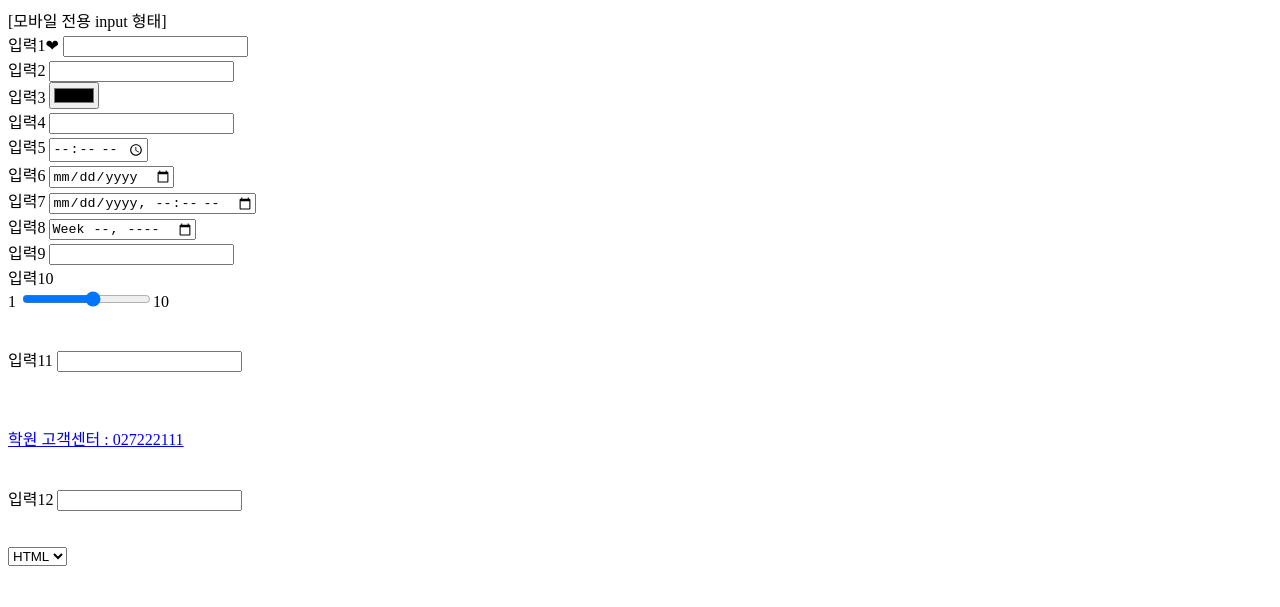
Repository: mnemion/BackendClass
Page: web/src/main/webapp/m/index.html
An editor plug-in stored every save of this project. The page is shown before and after the next save, followed by the edit.
The browser window is 1280 px wide. The pictures show the whole page.

Above is the page before, as saved 2023-08-31 06:29:50.

### web/src/main/webapp/m/index.html
<!DOCTYPE html>
<html lang="ko">
<head>
<meta charset="UTF-8">
<meta name="viewport" content="width=device-width, initial-scale=1.0">
<title>모바일 전용 웹페이지</title>
</head>
<body>
[모바일 전용 input 형태]<br>
입력1❤ <input type="text"><br>		<!-- 일반 입력 (P, M) -->
입력2 <input type="number"><br>	<!-- 숫자만 입력 (M) -->
입력3 <input type="color"><br>	<!-- 색상선택 (P, M) -->
입력4 <input type="tel"><br>		<!-- 전화번호 (M) -->
입력5 <input type="time"><br>		<!-- 시간선택 (P, M) -->
입력6 <input type="date"><br>		<!-- 날짜선택 (P, M) -->
입력7 <input type="datetime-local"><br>	<!-- 날짜, 시간 동시에 입력 (P, M) -->
입력8 <input type="week"><br>		<!-- 몇 주차 (P, M) [ios에서 작동불능] -->
입력9 <input type="email"><br>	<!-- 이메일 (P, M) -->
입력10 <br>		<!-- 수량, 크기 범위 선택 (P, M) -->
<form oninput="sound2.value=parseInt(sound.value)">
1 <input type="range" id="sound" min="1" max="10">10<br>
<output for="sound" name="sound2"></output>
<br><br>
</form>
입력11 <input type="url"><br>		<!-- 도메인, 블로그 등 웹 경로 (M) -->
<br><br><br>
<a href="tel:027222111">학원 고객센터 : 027222111</a><br>
<br><br>
입력12 <input type="text" name="product" list="subject"><br>
<datalist id="subject">
	<option value="HTML">HTML</option>
	<option value="JSP">JSP</option>
	<option value="JS">JS</option>
	<option value="JAVA">JAVA</option>
</datalist>
<br><br>
<select>
	<option value="HTML">HTML</option>
	<option value="JSP">JSP</option>
	<option value="JS">JS</option>
	<option value="JAVA">JAVA</option>
</select>
</body>
</html>

After the next save:
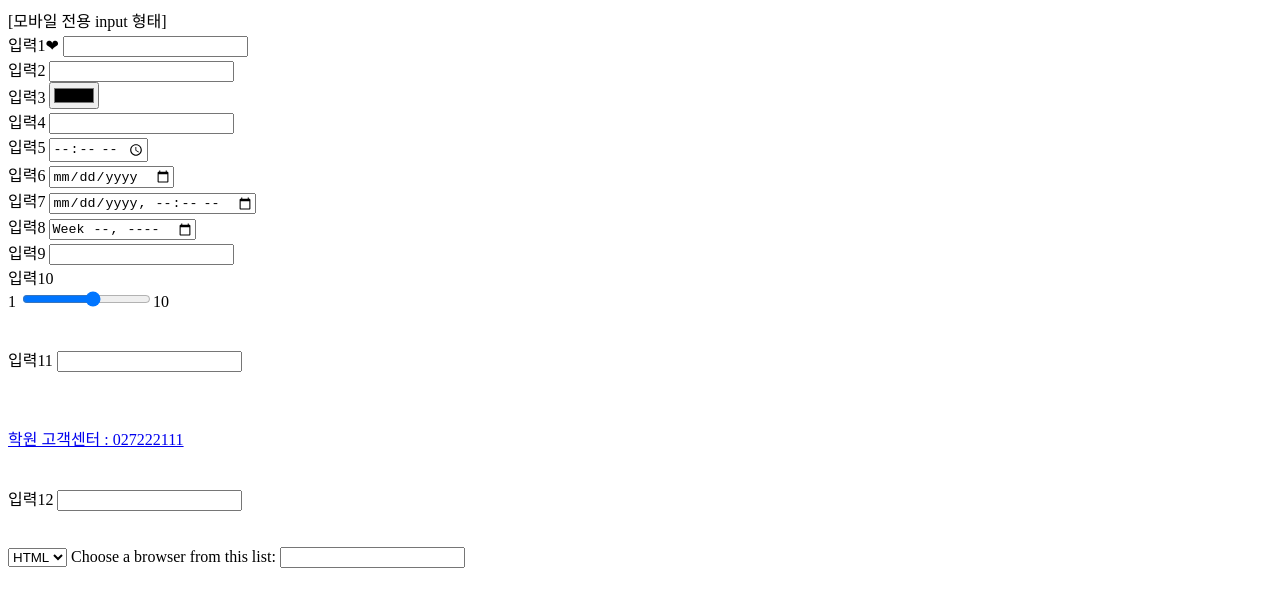
Saved 119 s later.
--- a/web/src/main/webapp/m/index.html
+++ b/web/src/main/webapp/m/index.html
@@ -40,5 +40,15 @@
 	<option value="JS">JS</option>
 	<option value="JAVA">JAVA</option>
 </select>
+
+<label for="myBrowser">Choose a browser from this list:</label>
+<input list="browsers" id="myBrowser" name="myBrowser" />
+<datalist id="browsers">
+  <option value="Chrome"></option>
+  <option value="Firefox"></option>
+  <option value="Opera"></option>
+  <option value="Safari"></option>
+  <option value="Microsoft Edge"></option>
+</datalist>
 </body>
 </html>

After the save that followed:
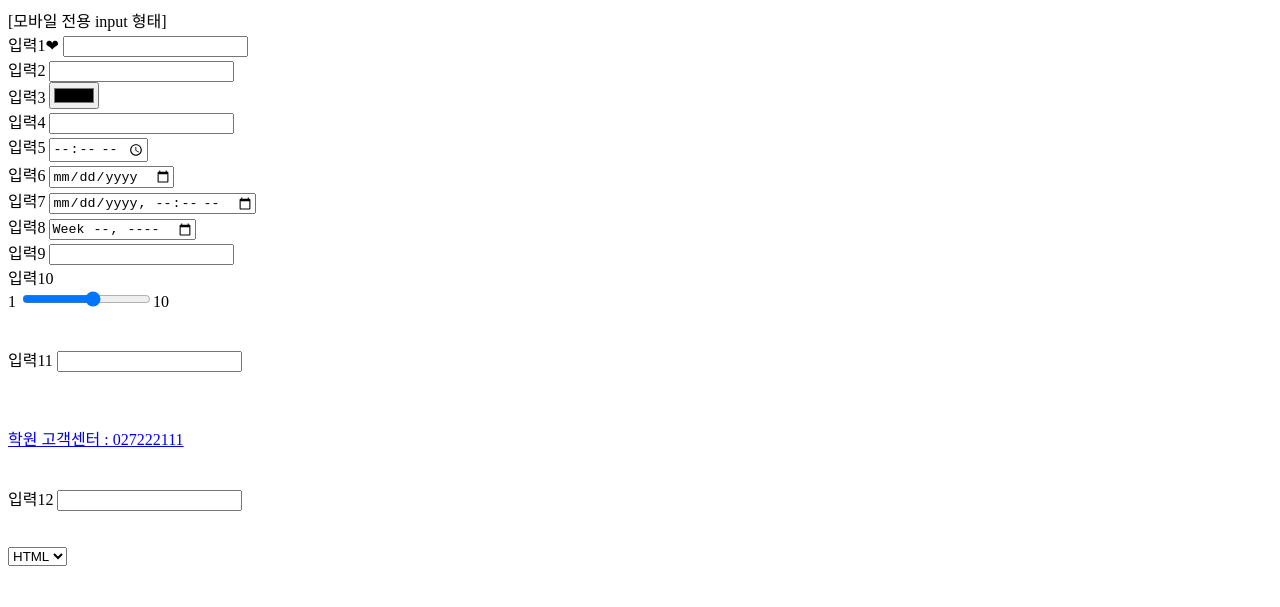
Saved 34 s later.
--- a/web/src/main/webapp/m/index.html
+++ b/web/src/main/webapp/m/index.html
@@ -41,14 +41,5 @@
 	<option value="JAVA">JAVA</option>
 </select>
 
-<label for="myBrowser">Choose a browser from this list:</label>
-<input list="browsers" id="myBrowser" name="myBrowser" />
-<datalist id="browsers">
-  <option value="Chrome"></option>
-  <option value="Firefox"></option>
-  <option value="Opera"></option>
-  <option value="Safari"></option>
-  <option value="Microsoft Edge"></option>
-</datalist>
 </body>
 </html>
